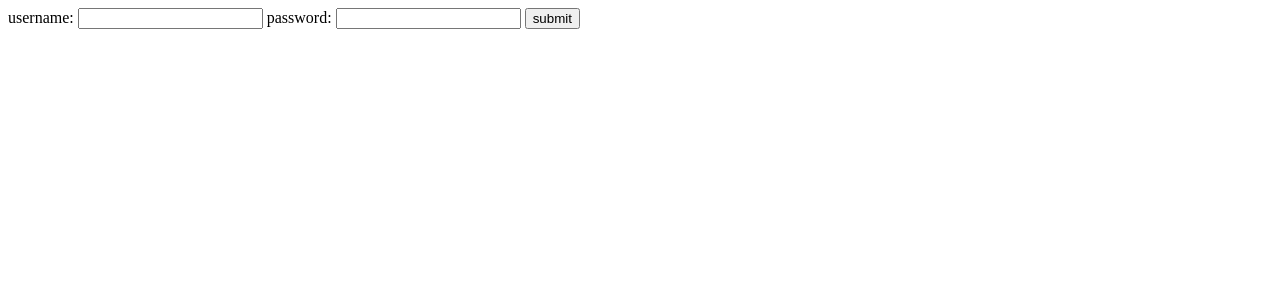
Repository: callgp/bt_servlet_jsp_jdbc
Page: http://localhost/FormBasedWebSecurity/Login.jsp
An editor plug-in stored every save of this project. The page is shown before and after the next save, followed by the edit.
The browser window is 1280 px wide. The pictures show the whole page.
The page is served by Tomcat 9. Nobody is signed in. The application's start-up code is not run.

Above is the page before, as saved 2020-07-13 03:33:03.

After the next save:
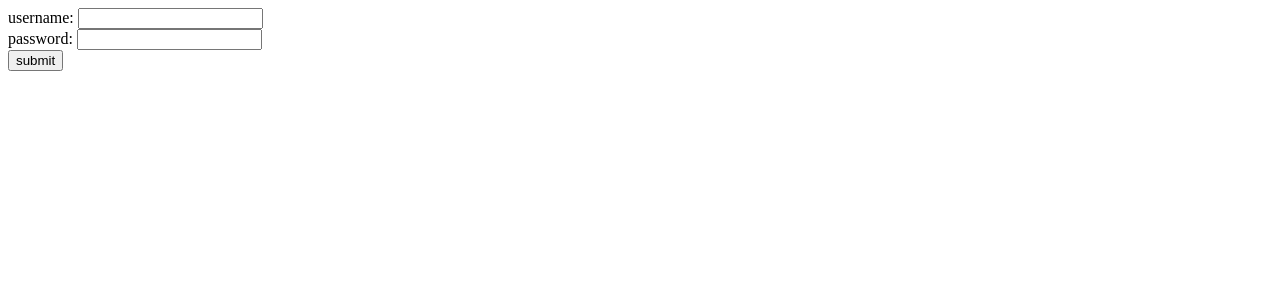
Saved 16 s later.
--- a/FormBasedWebSecurity/WebContent/Login.jsp
+++ b/FormBasedWebSecurity/WebContent/Login.jsp
@@ -9,8 +9,8 @@
 <body>
 
 <form action="j_security_check" method="post"/>
-username: <input name="j_username"/>
-password: <input name="j_password"/>
+username: <input name="j_username"/><br/>
+password: <input name="j_password"/><br/>
 <input type="submit" value="submit"/>
 </body>
 </html>
